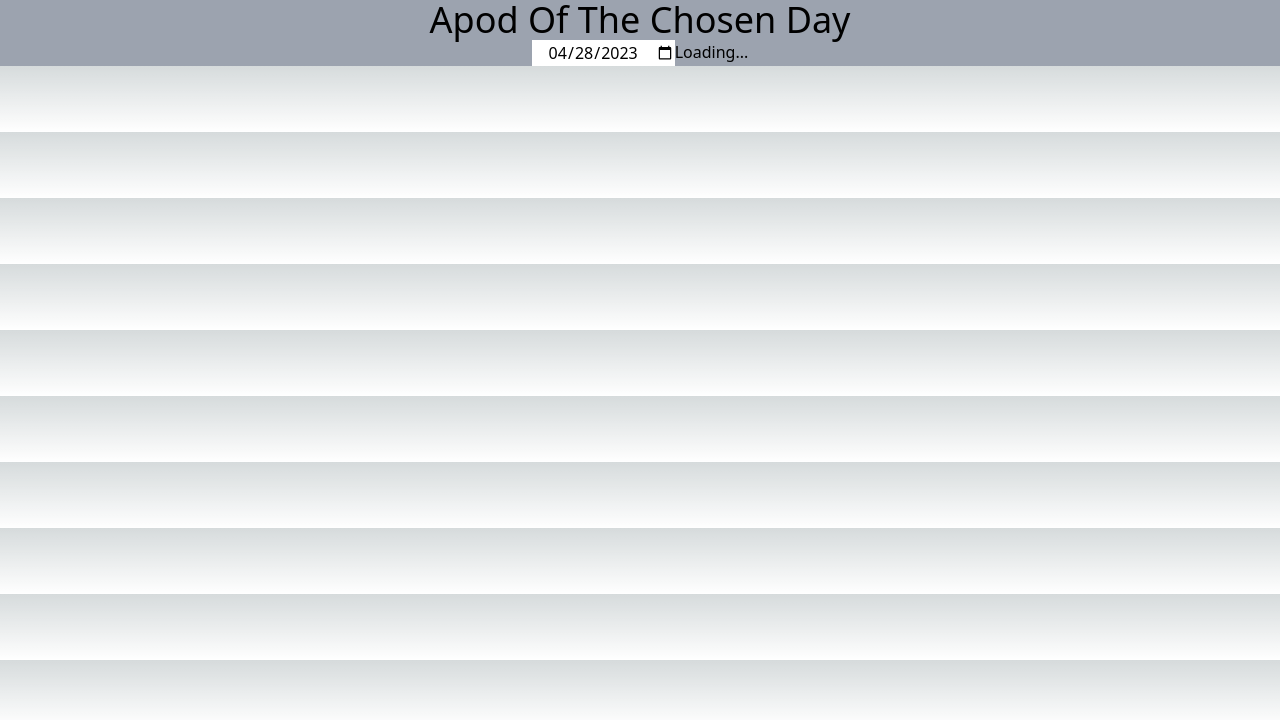
Repository: sercanisli/NasaApod
Page: /
The author's editor kept a copy of each file at every save. The page is drawn from the files as they stood at one save, then again after the next save.
The browser window is 1280 px wide. The pictures show the whole page.
The page's requests for data from a server got no answer. The project was rebuilt for these pictures with package versions that can differ from the ones it lists, and the page was loaded fresh each time. The framework's server and built-in components were replaced by stand-ins that run in the browser. No one was signed in, and anything a server would have sent is missing. Also part of the build but not shown: next.config.js.

Above is the page before, as saved 2023-05-12 02:10:05.

After the next save:
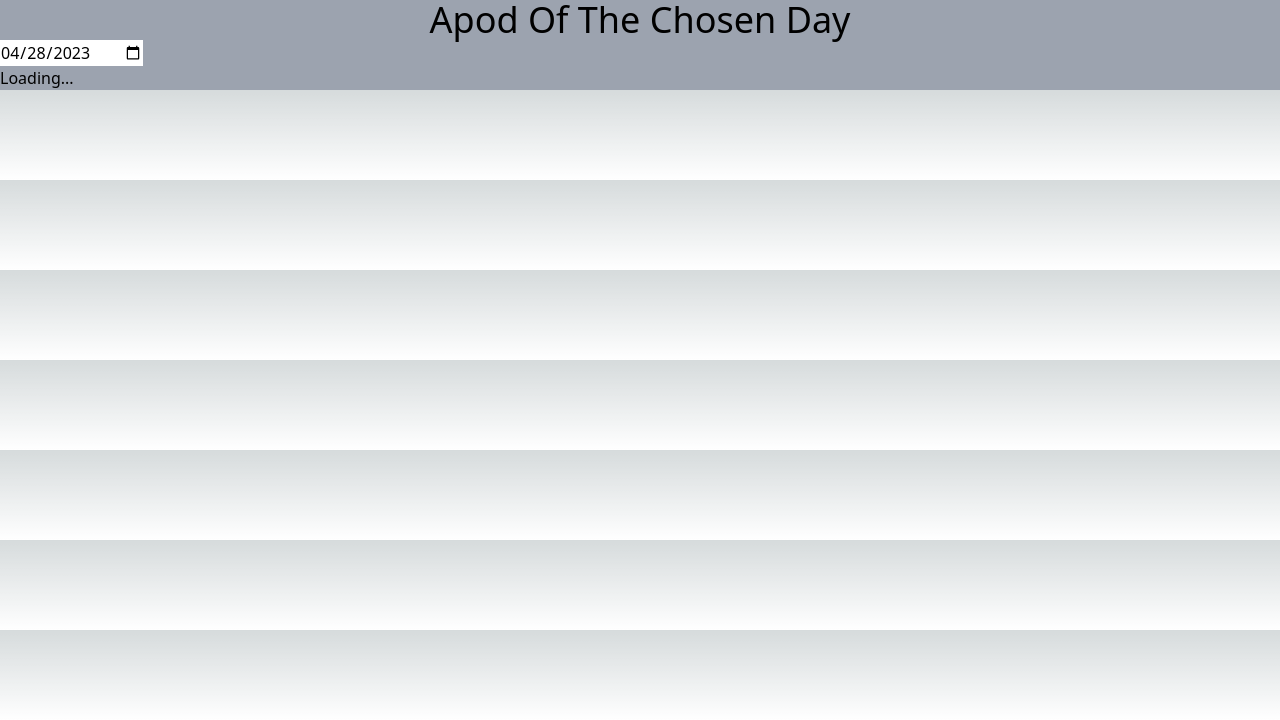
Saved 21 s later.
--- a/components/Apod.js
+++ b/components/Apod.js
@@ -33,9 +33,9 @@ function Apod() {
   };
 
   return (
-    <div className="flex justify-center">
+    <div>
         <div>
-            <input className="w-full text-center"  type="date" value={selectedDate.toISOString().substr(0, 10)} onChange={handleDateChange} />
+            <input type="date" value={selectedDate.toISOString().substr(0, 10)} onChange={handleDateChange} />
         </div>
       {apodData ? (
         <div>
